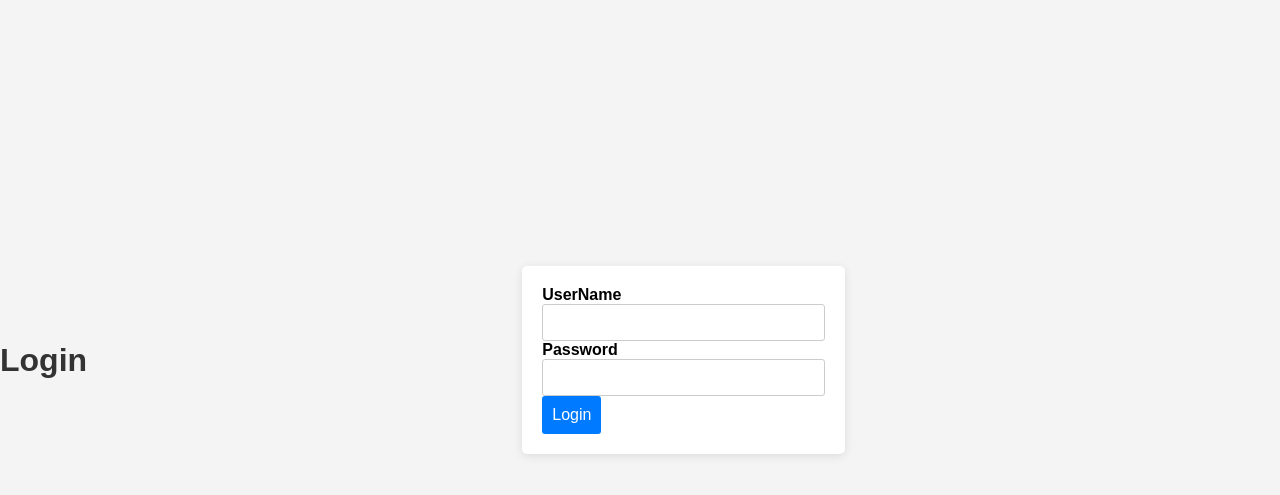
Repository: Yemili/springboot_application
Page: workspace/student/src/main/resources/templates/login.html
An editor plug-in stored every save of this project. The page is shown before and after the next save, followed by the edit.
The browser window is 1280 px wide. The pictures show the whole page.

Above is the page before, as saved 2024-10-07 10:59:30.

### workspace/student/src/main/resources/templates/login.html
<!DOCTYPE html>
<html lang="en">
<head>
    <meta charset="UTF-8">
    <meta name="viewport" content="width=device-width, initial-scale=1.0">
    <link rel="stylesheet" href="/css/loginstyles.css">
    <title>Login Page</title>
</head>
<body>
     <h1>Login</h1>
     <form class="login-form">
            <label for="username">UserName</label>
            <input type="text" id="username" name="username" required><br>

            <label for="password">Password</label>
            <input type="password" id="password" name="password" required><br>

            <button type="submit">Login</button>
      </form>
           <!--  <p class="message">Not registered? <a href="#">Create an account</a></p> -->


</body>
</html>

### workspace/student/src/main/resources/templates/css/loginstyles.css
body {
    font-family: Arial, sans-serif;
    background-color: #f4f4f4;
    display: flex;
    justify-content: center;
    align-items: center;
    height: 100vh;
    margin: 0;
}

h1 {
    color: #333;
}

/* .login-container {
    background-color: white;
    padding: 20px;
    border-radius: 5px;
    box-shadow: 0 0 10px rgba(0, 0, 0, 0.1);
    width: 300px;
}

.login-form {
    display: flex;
    flex-direction: column;
}

h2 {
    text-align: center;
    margin-bottom: 20px;
} */

/* .form-group {
    margin-bottom: 15px;
} */

form {
    background: white;
    padding: 20px;
    border-radius: 5px;
    box-shadow: 0 2px 10px rgba(0, 0, 0, 0.1);
    max-width: 400px;
    margin: auto;
}


label {
    margin-bottom: 5px;
    font-weight: bold;
}

input[type="text"],
input[type="password"] {
    padding: 10px;
    border: 1px solid #ccc;
    border-radius: 3px;
    width: 100%;
    box-sizing: border-box;
}

/* input[type="text"]:focus,
input[type="password"]:focus {
    border-color: #007BFF;
    outline: none;
} */

button {
    background-color: #007BFF;
    color: white;
    border: none;
    padding: 10px;
    border-radius: 3px;
    cursor: pointer;
    font-size: 16px;
}

button:hover {
    background-color: #0056b3;
}

/* .message {
    text-align: center;
    margin-top: 15px;
} */

After the next save:
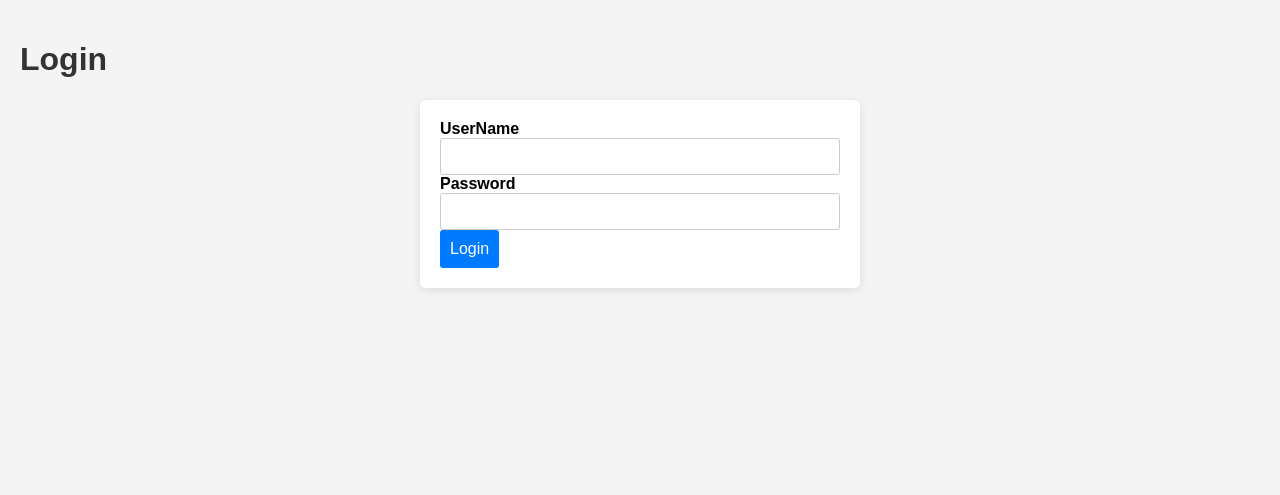
Saved 5 min 23 s later.
--- a/workspace/student/src/main/resources/templates/css/loginstyles.css
+++ b/workspace/student/src/main/resources/templates/css/loginstyles.css
@@ -1,4 +1,4 @@
-body {
+/* body {
     font-family: Arial, sans-serif;
     background-color: #f4f4f4;
     display: flex;
@@ -6,6 +6,13 @@ body {
     align-items: center;
     height: 100vh;
     margin: 0;
+}
+ */
+ body {
+    font-family: Arial, sans-serif;
+    background-color: #f4f4f4;
+    margin: 0;
+    padding: 20px;
 }
 
 h1 {
